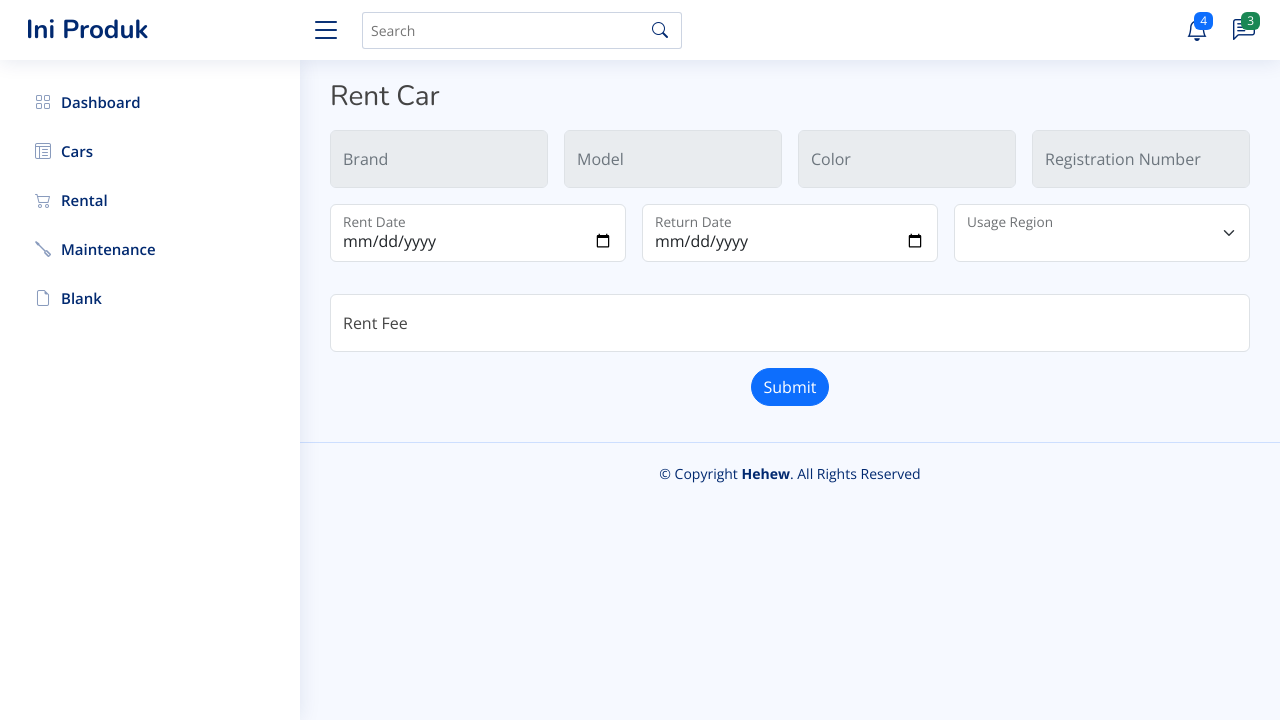
Repository: Jistoper/car_rental
Page: resources/views/backsite/content/rent/createrent.blade.php
The author's editor kept a copy of each file at every save. The page is drawn from the files as they stood at one save, then again after the next save.
The browser window is 1280 px wide. The pictures show the whole page.
The page is served by the project's Laravel application, run on PHP 8.4 with Laravel 9. The template is opened directly, without the code that normally fills it, so the values that code supplies are empty.

Above is the page before, as saved 2023-06-26 19:12:03.

After the next save:
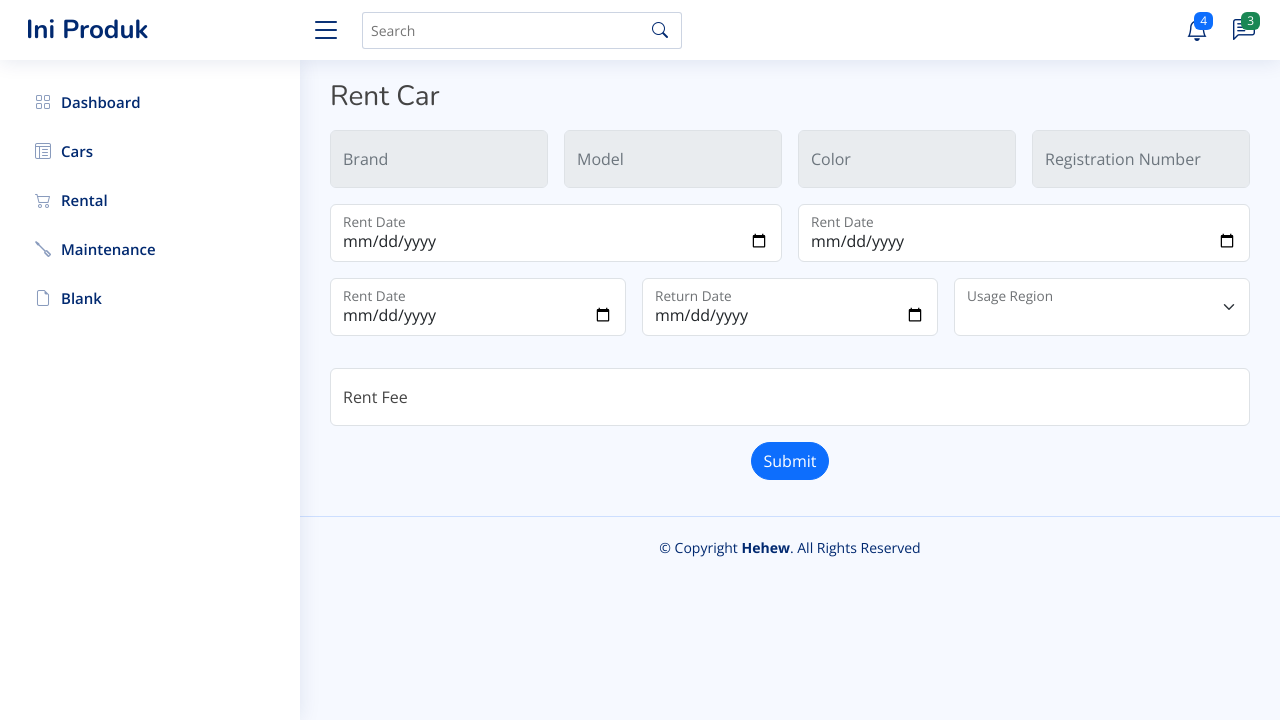
Saved 66 min 17 s later.
--- a/resources/views/backsite/content/rent/createrent.blade.php
+++ b/resources/views/backsite/content/rent/createrent.blade.php
@@ -33,6 +33,18 @@
             <div class="form-floating">
                 <input type="text" name="registration_number" id="registration_number" class="form-control" value="{{ $data['registration_number'] }}" placeholder="Registration Number" disabled>
                 <label for="registration_number">Registration Number</label>
+            </div>
+        </div>
+        <div class="col-md-6">
+            <div class="form-floating">
+                <input type="date" name="rent_date" id="rent_date" class="form-control" placeholder="Rent Date">
+                <label for="rent_date">Rent Date</label>
+            </div>
+        </div>
+        <div class="col-md-6">
+            <div class="form-floating">
+                <input type="date" name="rent_date" id="rent_date" class="form-control" placeholder="Rent Date">
+                <label for="rent_date">Rent Date</label>
             </div>
         </div>
         <div class="col-md-4">
